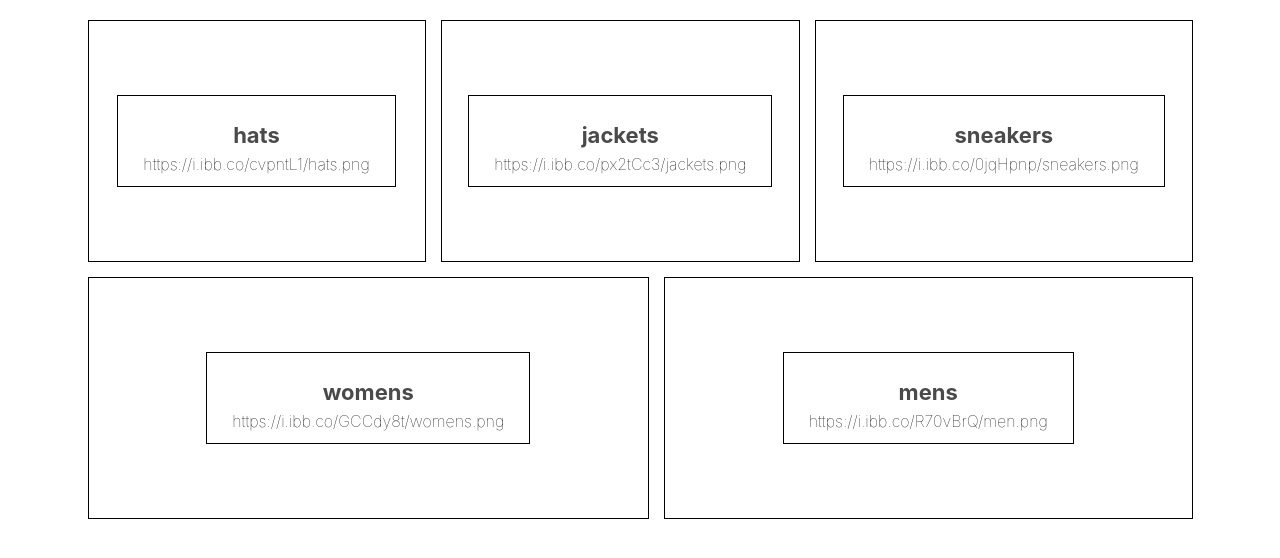
Repository: DongKhuongThai/E-Commerce
Page: /
These files come from the project's save history. The page is drawn as it stood at one moment and after a run of saves; the edit follows.
The browser window is 1280 px wide. The pictures show the whole page.
The project was rebuilt for these pictures with package versions that can differ from the ones it lists, and the page was loaded fresh each time.

Above is the page before, as saved 2019-08-06 10:43:37.

### src/App.js
import React from 'react';
import HomePage from './pages/homepage/homepage.component';

function App() {
  return (
    <div>
      <HomePage></HomePage>
    </div>
  );
}

export default App;

### src/pages/homepage/homepage.component.jsx
import React from 'react';
import './homepage.styles.css';
import Directory from '../../components/directory/directory.component';

const HomePage = () => {
    return (
        <div className="homepage">
            <Directory></Directory>
        </div>
    );
}
export default HomePage;

### src/components/directory/directory.component.jsx
import React from 'react';
import './directory.styles.css';
import MenuItem from '../../components/menu-item/menu-item.component';

class Directory extends React.Component {
    constructor(props){
        super(props);
        this.state = {
            sections : [
            {
                title: 'hats',
                imageUrl: 'https://i.ibb.co/cvpntL1/hats.png',
                id: 1,
                linkUrl: 'shop/hats'
            },
            {
                title: 'jackets',
                imageUrl: 'https://i.ibb.co/px2tCc3/jackets.png',
                id: 2,
                linkUrl: 'shop/jackets'
            },
            {
                title: 'sneakers',
                imageUrl: 'https://i.ibb.co/0jqHpnp/sneakers.png',
                id: 3,
                linkUrl: 'shop/sneakers'
            },
            {
                title: 'womens',
                imageUrl: 'https://i.ibb.co/GCCdy8t/womens.png',
                size: 'large',
                id: 4,
                linkUrl: 'shop/womens'
            },
            {
                title: 'mens',
                imageUrl: 'https://i.ibb.co/R70vBrQ/men.png',
                size: 'large',
                id: 5,
                linkUrl: 'shop/mens'
            }
            ]
        }
    }
    render(){
        return (
            <div className="directory-menu">
                {this.state.sections.map(({title,imageUrl,linkUrl,id})=>(
                    <MenuItem key={id} title={title} imageUrl={imageUrl} linkUrl={linkUrl}></MenuItem>
                ))}
            </div>
        );
    }
}
export default Directory;

### src/components/menu-item/menu-item.component.jsx
import React from 'react';
import './menu-item.styles.css';

const MenuItem = ({title, imageUrl}) => {
    return (
        <div style={{
            backgroundImage: `url:()`
        }} className="menu-item">
            <div className="content">
                <h1 className="title">{title}</h1>
                <span className="subtitle">{imageUrl}</span>
            </div>
        </div>
    );
}
export default MenuItem;

### src/components/menu-item/menu-item.styles.css
.menu-item {
    min-width: 30%;
    height: 240px;
    flex: 1 1 auto;
    display: flex;
    align-items: center;
    justify-content: center;
    border: 1px solid black;
    margin: 0 7.5px 15px;
    background-position: center;
    background-size: cover;
}

    .content {
      height: 90px;
      padding: 0 25px;
      display: flex;
      flex-direction: column;
      align-items: center;
      justify-content: center;
      border: 1px solid black;
    }
      .title {
        font-weight: bold;
        margin-bottom: 6px;
        font-size: 22px;
        color: #4a4a4a;
      }

      .subtitle {
        font-weight: lighter;
        font-size: 16px;
      }

Loaded but not shown: public/index.html (common file); src/index.js (common file); src/index.css (common file); src/serviceWorker.js (common file); src/pages/homepage/homepage.styles.css (common file); src/components/directory/directory.styles.css (common file)

After the next 2 saves:
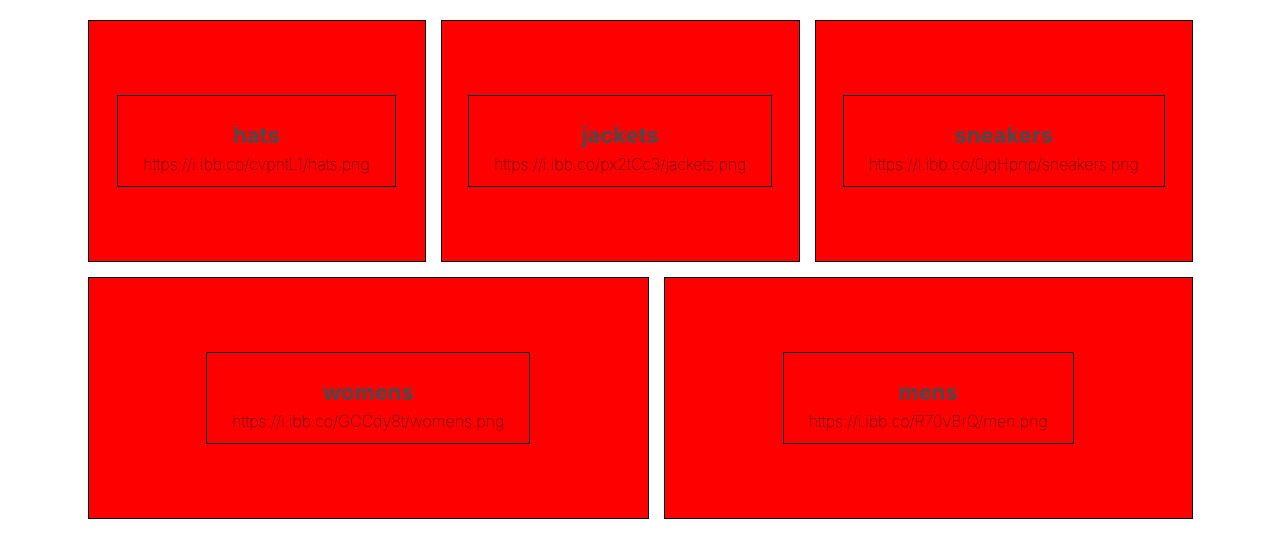
The 2 saves are shown as one change because 1 did not build or start.
The last was saved 2 min 11 s later.
--- a/src/components/menu-item/menu-item.component.jsx
+++ b/src/components/menu-item/menu-item.component.jsx
@@ -4,7 +4,7 @@
 const MenuItem = ({title, imageUrl}) => {
     return (
         <div style={{
-            backgroundImage: `url:()`
+            backgroundColor:'red'
         }} className="menu-item">
             <div className="content">
                 <h1 className="title">{title}</h1>

After the save that followed:
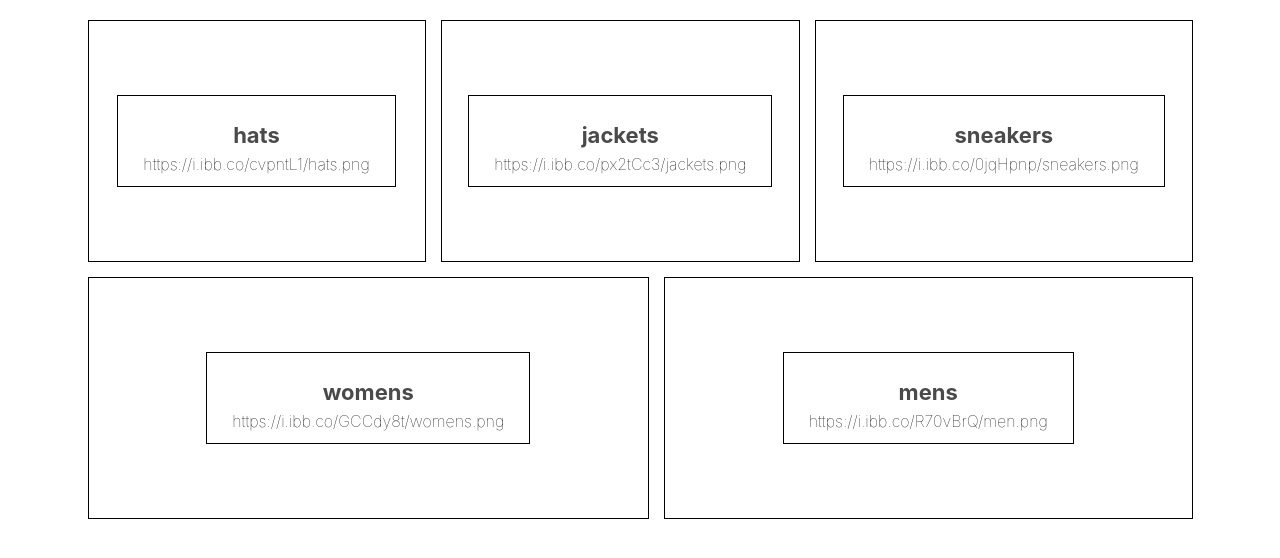
Saved 37 s later.
--- a/src/components/menu-item/menu-item.component.jsx
+++ b/src/components/menu-item/menu-item.component.jsx
@@ -4,7 +4,7 @@
 const MenuItem = ({title, imageUrl}) => {
     return (
         <div style={{
-            backgroundColor:'red'
+            backgroundImage:'url:('+imageUrl+')'
         }} className="menu-item">
             <div className="content">
                 <h1 className="title">{title}</h1>
